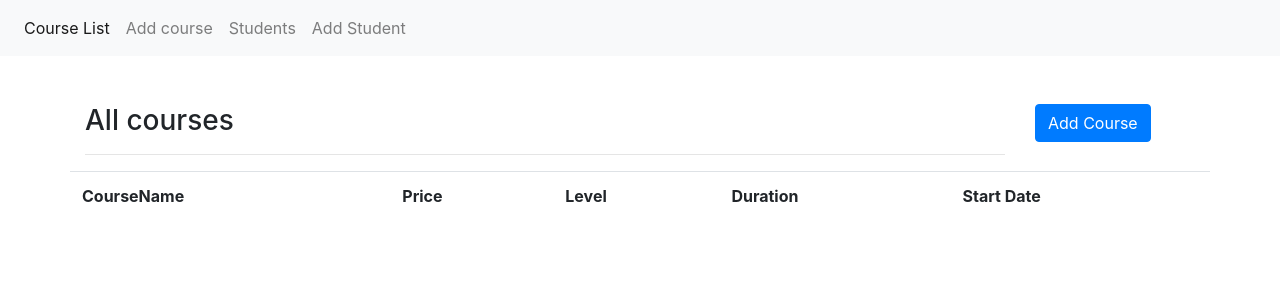
Repository: pyaephyotint22/Maven-Student-Course
Page: http://localhost/06-EL-JSTL/
The author's editor kept a copy of each file at every save. The page is drawn from the files as they stood at one save, then again after the next save.
The browser window is 1280 px wide. The pictures show the whole page.
The page is served by Tomcat 9. Other server files are loaded and not shown. The template is opened directly, without the code that normally fills it, so the values that code supplies are empty.

Above is the page before, as saved 2020-12-20 13:12:01.

### 06-EL-JSTL/src/main/webapp/index.jsp

<%@ page language="java" contentType="text/html; charset=ISO-8859-1"
    pageEncoding="ISO-8859-1"%>
    <%@ taglib uri="http://java.sun.com/jsp/jstl/core" prefix="c"%>
<!DOCTYPE html>
<html>
<head>
<meta charset="ISO-8859-1">
<title>Education</title>
<link href="./common/css/bootstrap.min.css" rel="stylesheet" type="text/css"/>
</head>
<body>
<!-- menu -->
<jsp:include page="/common/menu.jsp"></jsp:include>
<div class="container">
		<div class="row mt-5">
			<div class="col-10">
				<h3>All courses</h3><hr />
			</div>
			<div class="col-2">
				<c:url value="/course-add.jsp" var="add"></c:url>
				<a href="${add }" class="btn btn-primary">Add Course</a>
			</div>
		</div>
		<div class="row">
			<table class="table border-dark">
				<tr>
					<th>CourseName</th>
					<th>Price</th>
					<th>Level</th>
					<th>Duration</th>
					<th>Start Date</th>
				</tr>
				<c:forEach items="${courselist }" var="course">
				<tr>
					<td>${course.name }</td>
					<td>${course.level }</td>
					<td>${course.price }</td>
					<td>${course.duration }</td>
					<td>${course.startDate }</td>
				</tr>
				</c:forEach>

			</table><hr />
		</div>
</div>
</body>
</html>

### 06-EL-JSTL/src/main/webapp/common/menu.jsp
<%@ page language="java" contentType="text/html; charset=ISO-8859-1"
    pageEncoding="ISO-8859-1"%>
 <%@ taglib uri="http://java.sun.com/jsp/jstl/core"  prefix="c"%>

  <c:url value="/common/css/bootstrap.min.css" var="bsCSS"></c:url>
  <c:url value="/common/js/bootstrap.min.js" var="bsJS"></c:url>
   <c:url value="/common/js/jquery.min.js" var="jqJS"></c:url>


<link href="${bsCSS }" rel="stylesheet" type="text/css"/>
<script type="text/javascript" src="${jqJS }"></script>
<script type="text/javascript" src="${bsJS }"></script>
<nav class="navbar navbar-expand-lg navbar-light bg-light">
			  <ul class="navbar-nav">

			  <li class="nav-item">
              <a class="nav-link ${empty title ? 'active' :'' }" aria-current="page" href="<%= pageContext.getServletContext().getContextPath() %>">Course List</a>
             </li>
		        <li class="nav-item">
		        <c:url value="/course-add.jsp" var="courseAdd"></c:url>
		          <a class="nav-link  ${(not empty title and title=='addcourse') ? 'active' :''}" href="${courseAdd }">Add course</a>
		        </li>
		        <li class="nav-item">
		        <c:url value="/students.jsp" var="student"></c:url>
                <a class="nav-link" href="${student }">Students</a>
             </li>
		        <li class="nav-item">
		        <c:url value="/student-add.jsp" var="studentAdd"></c:url>
		          <a class="nav-link" href="${studentAdd}">Add Student</a>
		        </li>
			  </ul>
		</nav>

Loaded but not shown: 06-EL-JSTL/src/main/webapp/common/css/bootstrap.min.css (library); 06-EL-JSTL/src/main/webapp/common/js/jquery.min.js (library); 06-EL-JSTL/src/main/webapp/common/js/bootstrap.min.js (library)

After the next save:
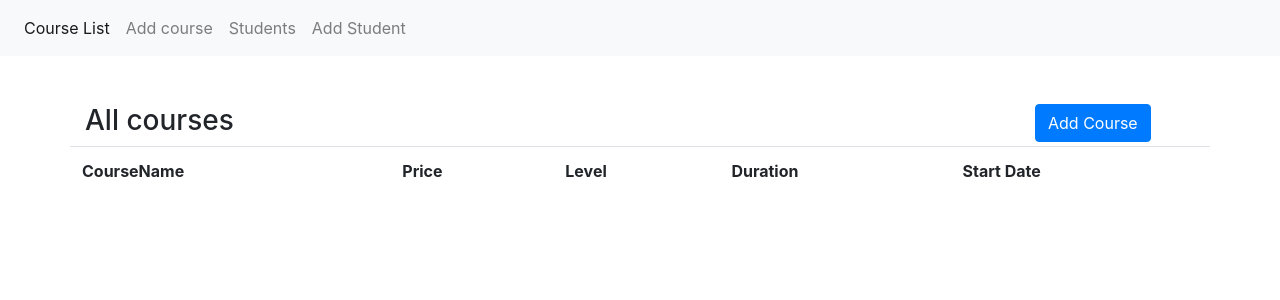
Saved 26 s later.
--- a/06-EL-JSTL/src/main/webapp/index.jsp
+++ b/06-EL-JSTL/src/main/webapp/index.jsp
@@ -15,7 +15,7 @@
 <div class="container">
 		<div class="row mt-5">
 			<div class="col-10">
-				<h3>All courses</h3><hr />
+				<h3>All courses</h3>
 			</div>
 			<div class="col-2">
 				<c:url value="/course-add.jsp" var="add"></c:url>
